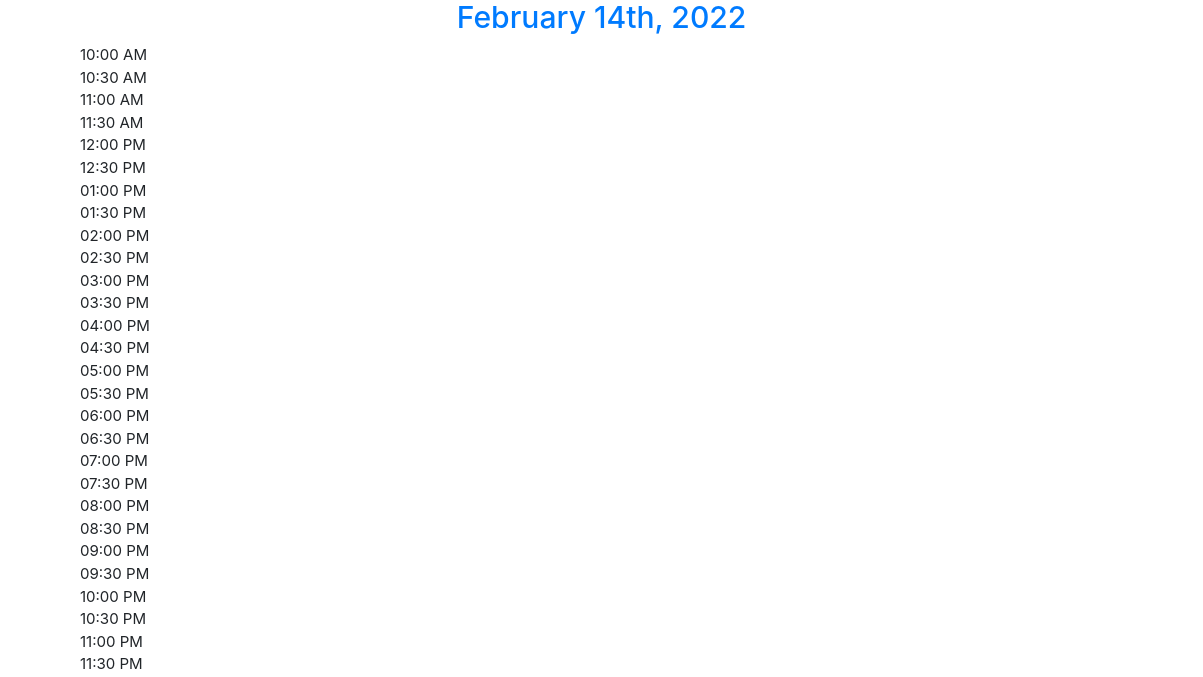
Repository: BaileyLuu/yuHacks2022
Page: public/schedule.html
An editor plug-in stored every save of this project. The page is shown before and after the next save, followed by the edit.
The browser window is 1280 px wide. The pictures show the whole page, at 94% of full size.
Some web libraries are served in a nearby version.

Above is the page before, as saved 2021-11-20 12:24:03.

After the next save:
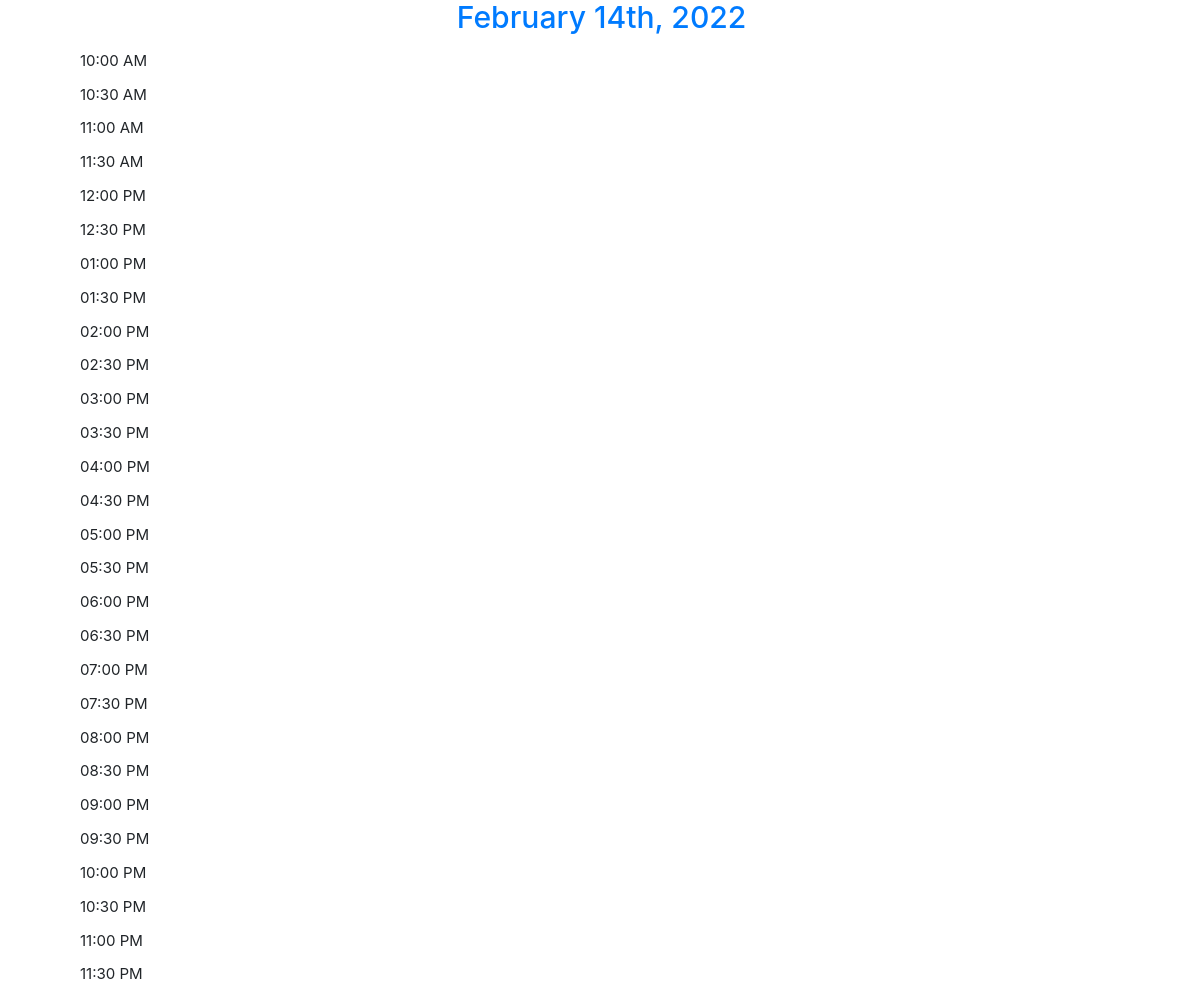
Saved 54 s later.
--- a/public/schedule.css
+++ b/public/schedule.css
@@ -9,6 +9,7 @@
   height:10vh;
   box-sizing: border-box;
   z-index: 50;
+  line-height: 5vh;
 
 }
 .schedule-table{
